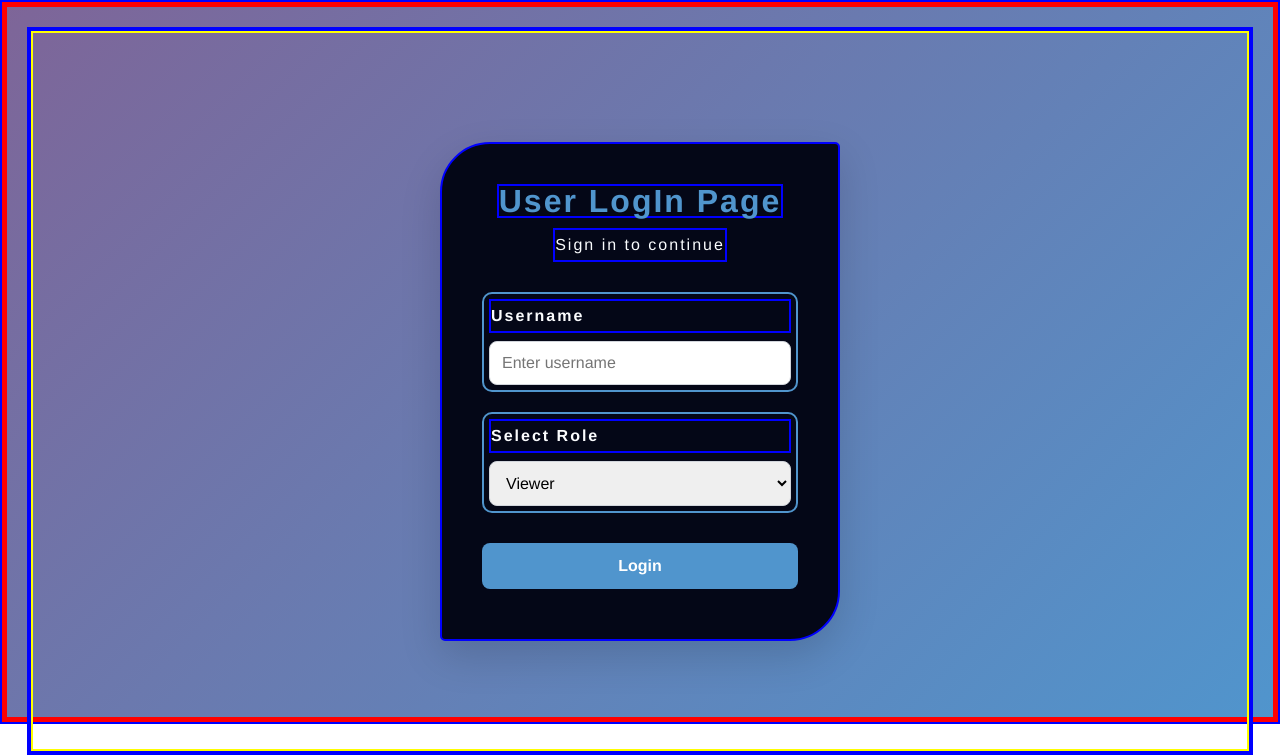
Repository: SolomonChinonso/myUserDashboard
Page: /dashboard (app in my-user-dashboard-app/)
An editor plug-in stored every save of this project. The page is shown before and after the next save, followed by the edit.
The browser window is 1280 px wide. The pictures show the whole page.
The project was rebuilt for these pictures with package versions that can differ from the ones it lists, and the page was loaded fresh each time. Also part of the build but not shown: my-user-dashboard-app/vite.config.ts, my-user-dashboard-app/src/App.css, my-user-dashboard-app/src/pages/global.css, my-user-dashboard-app/src/pages/Dashboard.tsx, my-user-dashboard-app/src/pages/Profile.tsx, my-user-dashboard-app/src/pages/Settings.tsx, my-user-dashboard-app/src/components/Navbar.tsx.

Above is the page before, as saved 2026-05-31 14:32:33.

### my-user-dashboard-app/index.html
<!doctype html>
<html lang="en">
  <head>
    <meta charset="UTF-8" />
    <link rel="icon" type="image/svg+xml" href="/favicon.svg" />
    <meta name="viewport" content="width=device-width, initial-scale=1.0" />
    <title>my-user-dashboard-app</title>
  </head>
  <body>
    <div id="root"></div>
    <script type="module" src="/src/main.tsx"></script>
  </body>
</html>

### my-user-dashboard-app/src/main.tsx
import React from "react";
import ReactDOM from "react-dom/client";
import App from "./App";
import { BrowserRouter } from "react-router-dom";
import { AuthProvider } from "./context/AuthProvider"
import "./index.css"


ReactDOM.createRoot(document.getElementById("root")!).render(
  <React.StrictMode>
    <BrowserRouter>
      <AuthProvider>
        <App />
      </AuthProvider>
    </BrowserRouter>
  </React.StrictMode>
);

### my-user-dashboard-app/src/App.tsx
import {
  Routes,
  Route,
  Navigate,
} from "react-router-dom";
import "./App.css"

import Login from "./pages/Login";
import Dashboard from "./pages/Dashboard";
import Profile from "./pages/Profile";
import Settings from "./pages/Settings";

import Navbar from "./components/Navbar";
import ProtectedRoute from "./components/ProtectedRoute";

import { useAuth } from "./hooks/useAuth";

function App() {
  const { user } = useAuth();

  return (
    <div className="app-section">
      {user && <Navbar />}

      <Routes>
        {/* Redirect homepage to login */}
        <Route
          path="/"
          element={<Navigate to="/login" replace />}
        />

        <Route
          path="/login"
          element={<Login />}
        />

        <Route
          path="/dashboard"
          element={
            <ProtectedRoute>
              <Dashboard />
            </ProtectedRoute>
          }
        />

        <Route
          path="/profile"
          element={
            <ProtectedRoute>
              <Profile />
            </ProtectedRoute>
          }
        />

        <Route
          path="/settings"
          element={
            <ProtectedRoute adminOnly>
              <Settings />
            </ProtectedRoute>
          }
        />

        {/* Catch-all route */}
        <Route
          path="*"
          element={<Navigate to="/login" replace />}
        />
      </Routes>
    </div>
  );
}

export default App;

### my-user-dashboard-app/src/context/AuthProvider.tsx
import {
  useState,
  type ReactNode,
} from "react";

import type { User } from "../types/user";

import { AuthContext } from "./AuthContext";

interface AuthProviderProps {
  children: ReactNode;
}

export const AuthProvider = ({
  children,
}: AuthProviderProps) => {
  const [user, setUser] =
    useState<User | null>(null);

  const login = (userData: User) => {
    setUser(userData);
  };

  const logout = () => {
    setUser(null);
  };

  return (
    <AuthContext.Provider
      value={{
        user,
        login,
        logout,
      }}
    >
      {children}
    </AuthContext.Provider>
  );
};

### my-user-dashboard-app/src/index.css
*{
    margin: 0;
    padding: 0;
    font-family: 'Franklin Gothic Medium', 'Arial Narrow', Arial, sans-serif;
    box-sizing: border-box;
    border: 2px solid blue;

}
body{
   height: 100vh;
   min-height: 100%;
    letter-spacing: 2px;
    background:  linear-gradient(
    135deg,
    #7e6598,
    #5095cd);
    background-repeat:no-repeat;
    color: #5095cd;;
    padding: 20px;
    border: 5px solid red;
}

### my-user-dashboard-app/src/pages/Login.tsx
// import { useState } from "react";
// import { useNavigate } from "react-router-dom";
// import { useAuth } from "../hooks/useAuth";
// import "./Login.css"

// const Login = () => {
//   const [username, setUsername] = useState("");
//   const [role, setRole] = useState("Viewer");

//   const { login } = useAuth();
//   const navigate = useNavigate();

//   const handleLogin = () => {
//     login({
//       username,
//       role: role as "Admin" | "Editor" | "Viewer",
//     });

//     navigate("/dashboard");
//   };

//   return (
//     <div className="login-page">
//       <h1>Login</h1>

//       <input
//         type="text"
//         placeholder="Username"
//         value={username}
//         onChange={(e) => setUsername(e.target.value)}
//       />

//       <select
//         value={role}
//         onChange={(e) => setRole(e.target.value)}
//       >
//         <option>Admin</option>
//         <option>Editor</option>
//         <option>Viewer</option>
//       </select>

//       <button onClick={handleLogin}>
//         Login
//       </button>
//     </div>
//   );
// };

// export default Login;
import { useState } from "react";
import { useNavigate } from "react-router-dom";
import { useAuth } from "../hooks/useAuth";
import "./Login.css";

const Login = () => {
  const [username, setUsername] = useState("");
  const [role, setRole] = useState("Viewer");

  const { login } = useAuth();
  const navigate = useNavigate();

  const handleLogin = () => {
    login({
      username,
      role: role as "Admin" | "Editor" | "Viewer",
    });

    navigate("/dashboard");
  };

  return (
    <div className="login-page">
      <div className="login-card">
        <h1>User LogIn Page</h1>
        <p className="subtitle">
          Sign in to continue
        </p>

        <div className="form-group">
          <label>Username</label>
          <input
            type="text"
            placeholder="Enter username"
            value={username}
            onChange={(e) =>
              setUsername(e.target.value)
            }
          />
        </div>

        <div className="form-group">
          <label>Select Role</label>
          <select
            value={role}
            onChange={(e) =>
              setRole(e.target.value)
            }
          >
            <option>Admin</option>
            <option>Editor</option>
            <option>Viewer</option>
          </select>
        </div>

        <button
          className="login-btn"
          onClick={handleLogin}
        >
          Login
        </button>
      </div>
    </div>
  );
};

export default Login;

### my-user-dashboard-app/src/components/ProtectedRoute.tsx
import { Navigate } from "react-router-dom";
import { useAuth } from "../hooks/useAuth";

interface Props {
  children: React.ReactNode;
  adminOnly?: boolean;
}

const ProtectedRoute = ({
  children,
  adminOnly,
}: Props) => {
  const { user } = useAuth();

  // Not logged in
  if (!user) {
    return <Navigate to="/login" />;
  }

  // Not admin
  if (adminOnly && user.role !== "Admin") {
    return <Navigate to="/dashboard" />;
  }

  return children;
};

export default ProtectedRoute;

### my-user-dashboard-app/src/hooks/useAuth.ts
import { useContext } from "react";

import { AuthContext } from "../context/AuthContext";

export const useAuth = () => {
  const context = useContext(AuthContext);

  if (!context) {
    throw new Error(
      "useAuth must be used inside AuthProvider"
    );
  }

  return context;
};

### my-user-dashboard-app/src/context/AuthContext.ts
import { createContext } from "react";

import type { User } from "../types/user";

export interface AuthContextType {
  user: User | null;
  login: (user: User) => void;
  logout: () => void;
}
export const AuthContext =
  createContext<AuthContextType | null>(null);

### my-user-dashboard-app/src/pages/Login.css
/* Full page layout */
.login-page {
  min-height: 100vh;
  display: flex;
  justify-content: center;
  align-items: center;

  border: 2px solid yellow;
  padding: 20px;
}

/* Login card */
.login-card {
  width: 100%;
  max-width: 400px;
  height: 60%;
  background: #040717;
  padding: 40px;
  border-radius: 50px 5px;
  display: flex;
  flex-direction: column;
  justify-content: center;
  align-items: center;
  box-shadow: 0 15px 40px
    rgba(0, 0, 0, 0.15);
  line-height: 30px;
  text-align: center;
}


/* Heading */
.login-card h1 {
  margin-bottom: 10px;
  color: #5095cd;
}

.subtitle {
  color: #fafcfe;
  margin-bottom: 30px;
}

/* Form group */
.form-group {
    border: 2px solid #5095cd;
    width: 100%;
    border-radius: 10px;
    padding: 5px;
  display: flex;
  flex-direction: column;
  text-align: left;
  margin-bottom: 20px;
}

.form-group label {
  margin-bottom: 8px;
  font-weight: 600;
  color: #fbfcfe;
}

/* Inputs */
.form-group input,
.form-group select {
  padding: 12px;
  border: 1px solid #d1d5db;
  border-radius: 8px;

  font-size: 16px;
  outline: none;

  transition: 0.3s ease;
}

.form-group input:focus,
.form-group select:focus {
  border-color: #4f46e5;
  box-shadow: 0 0 0 3px
    rgba(79, 70, 229, 0.15);
}

/* Button */
.login-btn {
  width: 100%;
  padding: 14px;

  border: none;
  border-radius: 8px;

  background: #5095cd;
  color: white;

  font-size: 16px;
  font-weight: bold;

  cursor: pointer;
  transition: 0.3s ease;
}

.login-btn:hover {
  background: #4338ca;
  transform: translateY(-2px);
}

### my-user-dashboard-app/src/components/Navbar.css
nav{
    background: rgb(48, 4, 59);
    display: flex;
    justify-content: space-between;
    align-items: center;
    /* margin: 20px; */
    /* padding: 10px; */
    /* max-width: 100vw; */
    /* width: 100%; */
    flex-wrap: wrap;
    /* border-radius: 50px; */

}
nav .logo{
    font-family: system-ui, -apple-system, BlinkMacSystemFont, 'Segoe UI', Roboto, Oxygen, Ubuntu, Cantarell, 'Open Sans', 'Helvetica Neue', sans-serif;
    font-style: oblique;
    background: transparent;
    margin: 10px;
    padding: 5px 10px;
    width: 100px;
   border-radius: 50%;
    display: flex;
    flex-direction: column;
    text-align: center;
    border: 2px solid rgb(117, 180, 222);;
}
.links{
    display: flex;
    gap: 20px;

}
a{
    font-family: Arial, Helvetica, sans-serif;
    text-decoration: none;
    color: rgb(224, 224, 240);
   font-size: large;
   font-weight: 700;
}
button{
    font-size: 1rem;
    color: #f3f3f8;
    padding: 5px 20px;
    margin: 10px;
    border: 2px solid rgb(117, 180, 222);
    border-radius: 50px;
    background: transparent;
    cursor: pointer;
    transition: 0.3s ease-in-out;
}
span{
    display: flex;
    flex-direction: column;
    justify-content: center;
    align-items: center;

    color: rgb(240, 240, 244);
}
.profile{
    display: flex;
}

After the next save:
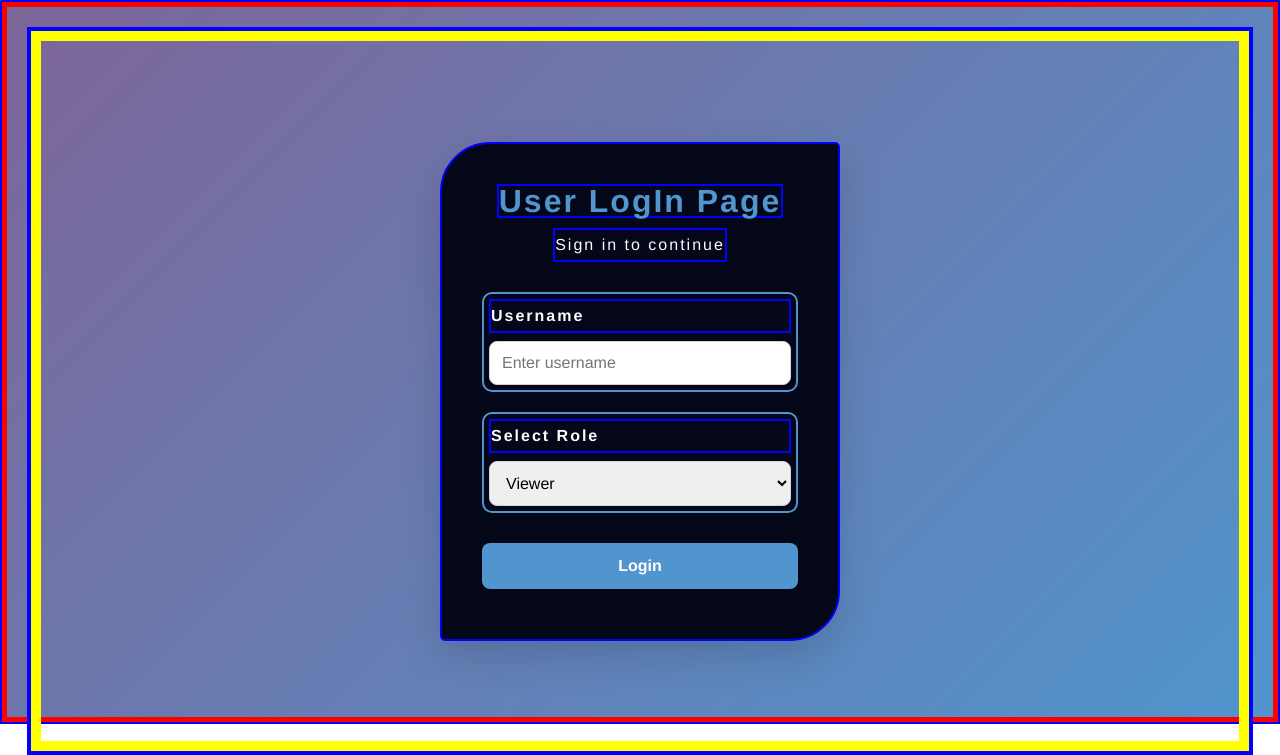
Saved 6 s later.
--- a/my-user-dashboard-app/src/pages/Login.css
+++ b/my-user-dashboard-app/src/pages/Login.css
@@ -5,7 +5,7 @@
   justify-content: center;
   align-items: center;
 
-  border: 2px solid yellow;
+  border: 10px solid yellow;
   padding: 20px;
 }
 
